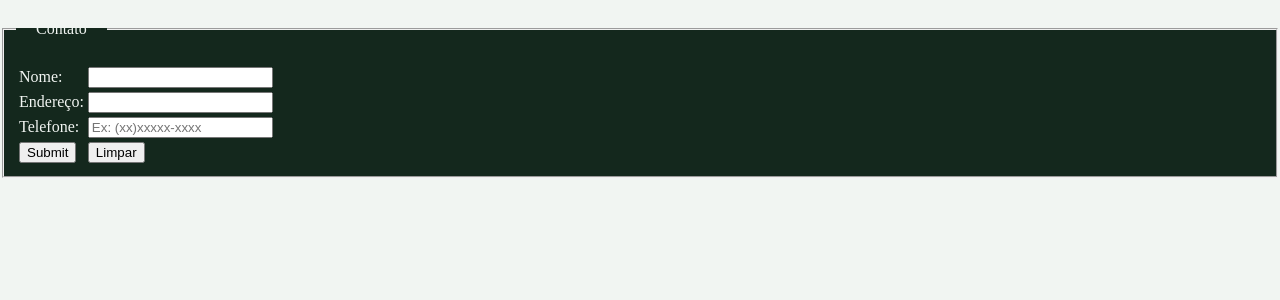
Repository: otavio-vicente/BackEnd-UniSenai
Page: WorkspaceTrilhaWeb/exemploServlet/src/main/webapp/contato.html
These files come from the project's save history. The page is drawn as it stood at one moment and after the next save; the edit follows.
The browser window is 1280 px wide. The pictures show the whole page.

Above is the page before, as saved 2024-06-13 23:27:53.

### WorkspaceTrilhaWeb/exemploServlet/src/main/webapp/contato.html
<!DOCTYPE html>
<html>
<head>
<meta charset="UTF-8">
<title>Insert title here</title>
<link href="./style.css" rel="stylesheet" type="text/css">
</head>
<body>
	<form>
		<fieldset>
			<legend>Contato</legend>
			<table>
				<tr>
					<td>Nome:</td>
					<td><input type="text"></input></td>
				</tr>
				<tr>
					<td>Endereço:</td>
					<td><input type="text"></input></td>
				</tr>
				<tr>
					<td>Telefone:</td>
					<td><input type="fone" placeholder="Ex: (xx)xxxxx-xxxx"></input></td>
				</tr>
				<tr>
					<td><input type="submit"></input></td>
					<td><input type="reset" value="Limpar"></input></td>
				</tr>
			</table>
		</fieldset>
	</form>
</body>
</html>

### WorkspaceTrilhaWeb/exemploServlet/src/main/webapp/style.css
@charset "UTF-8";

body {
	background-color: #F1F5F2;
	margin: 0;
	padding:0;
}

fieldset {
	background-color: #14281D;
	color: #F1F5F2;
}

legend {
	padding:20px;
}

After the next save:
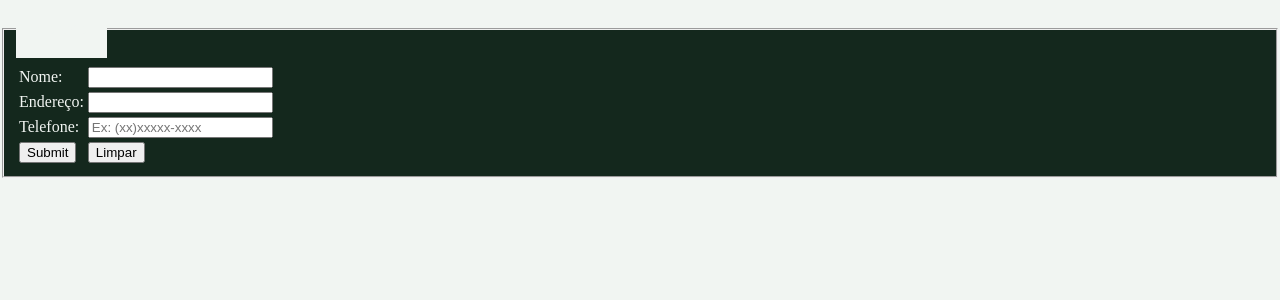
Saved 20 s later.
--- a/WorkspaceTrilhaWeb/exemploServlet/src/main/webapp/style.css
+++ b/WorkspaceTrilhaWeb/exemploServlet/src/main/webapp/style.css
@@ -13,4 +13,6 @@
 
 legend {
 	padding:20px;
+		background-color: #F1F5F2;
+
 }
